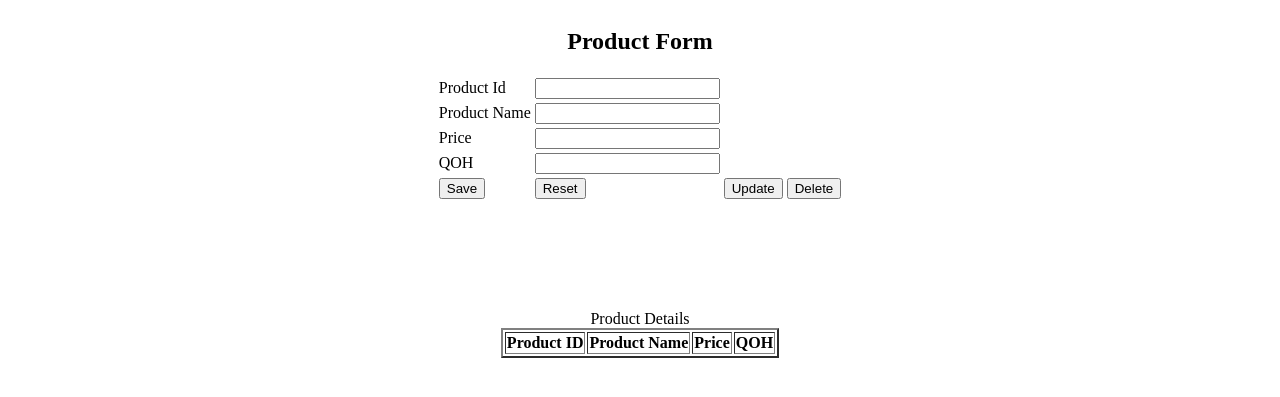
Repository: theplaygod97/Deloitte
Page: http://localhost/Demospringboot/WEB-INF/views/productForm.jsp
The author's editor kept a copy of each file at every save. The page is drawn from the files as they stood at one save, then again after the next save.
The browser window is 1280 px wide. The pictures show the whole page.
The page is served by Tomcat 9. Nobody is signed in. The template is opened directly, without the code that normally fills it, so the values that code supplies are empty.

Above is the page before, as saved 2020-01-15 05:52:05.

After the next save:
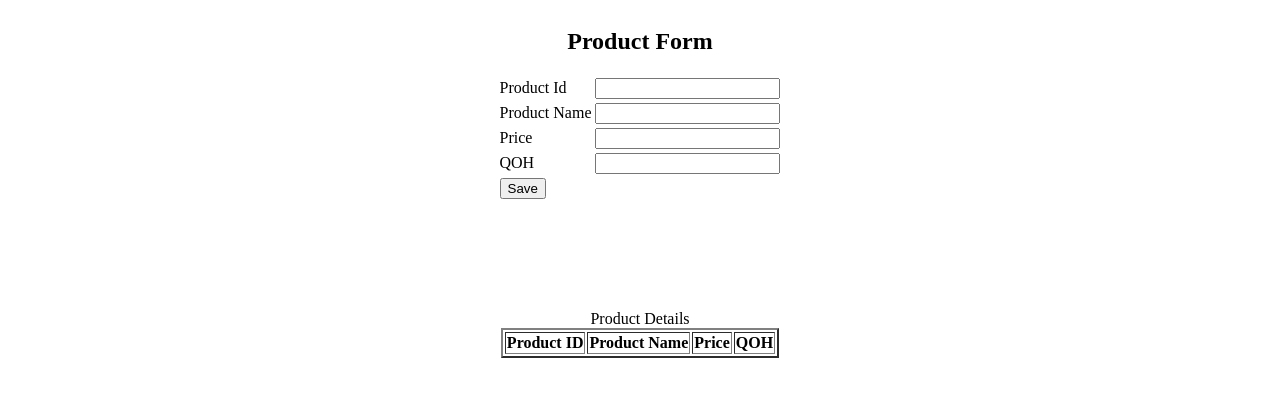
Saved 2 min 27 s later.
--- a/Day 18/Demospringboot/src/main/webapp/WEB-INF/views/productForm.jsp
+++ b/Day 18/Demospringboot/src/main/webapp/WEB-INF/views/productForm.jsp
@@ -27,12 +27,6 @@
 
 <tr>
 <td><input type="submit" value="Save" formaction="saveProduct"></td>
-
-<td><input type="reset" value="Reset" ></td>
-
-<td><input type="submit" value="Update" formaction="updateProduct"></td>
-
-<td><input type="submit" value="Delete" formaction="deleteProduct"></td>
 </tr>
 
 </table>
